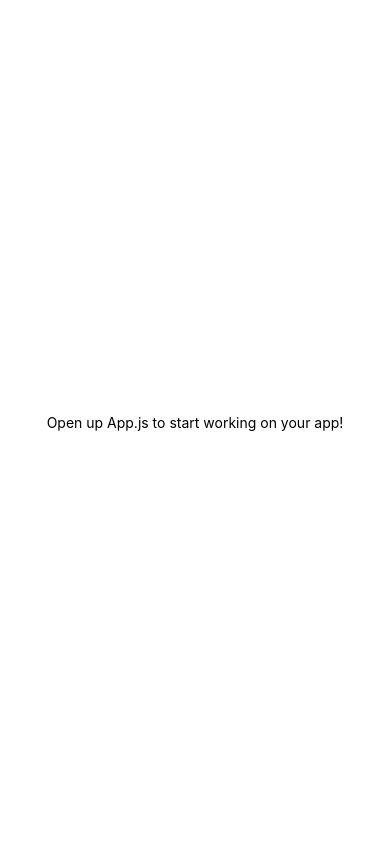
Repository: hirano-step/MemoApp
Screen: /
An editor plug-in stored every save of this project. The screen is shown before and after the next save, followed by the edit.
The app was drawn by React Native's web renderer in a window 390 px wide. The project was rebuilt for these pictures with package versions that can differ from the ones it lists, and the page was loaded fresh each time.

Above is the screen before, as saved 2023-01-10 14:36:03.

### App.jsx
import { StatusBar } from 'expo-status-bar';
import { StyleSheet, Text, View } from 'react-native';

import Hello from './src/components/Hello';

export default function App() {
  return (
    <View style={styles.container}>
      <Text>Open up App.js to start working on your app!</Text>
      {/* eslint-disable-next-line */}
      <StatusBar style="auto" />
    </View>
  );
}

const styles = StyleSheet.create({
  container: {
    flex: 1,
    backgroundColor: '#fff',
    alignItems: 'center',
    justifyContent: 'center',
  },
});

### src/components/Hello.jsx
import React from 'react';
import { View, Text, StyleSheet } from 'react-native';

function Hello() {
return (
    <View>
        <Text>Hello</Text>
    </View>
    );
}

export default Hello;

After the next save:
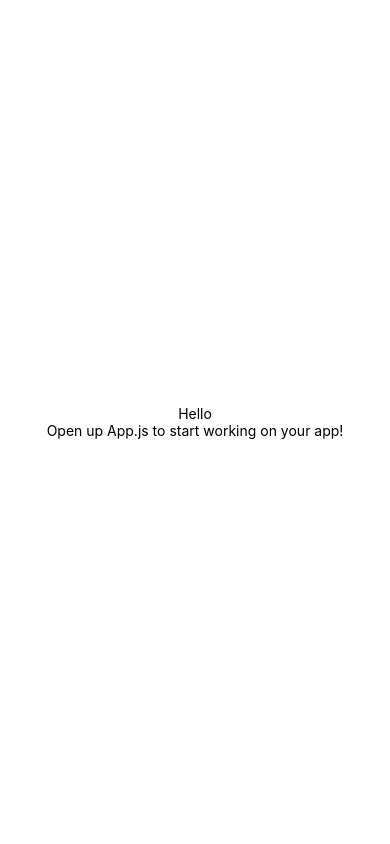
Saved 21 s later.
--- a/App.jsx
+++ b/App.jsx
@@ -6,6 +6,7 @@ import Hello from './src/components/Hello';
 export default function App() {
   return (
     <View style={styles.container}>
+      <Hello />
       <Text>Open up App.js to start working on your app!</Text>
       {/* eslint-disable-next-line */}
       <StatusBar style="auto" />
